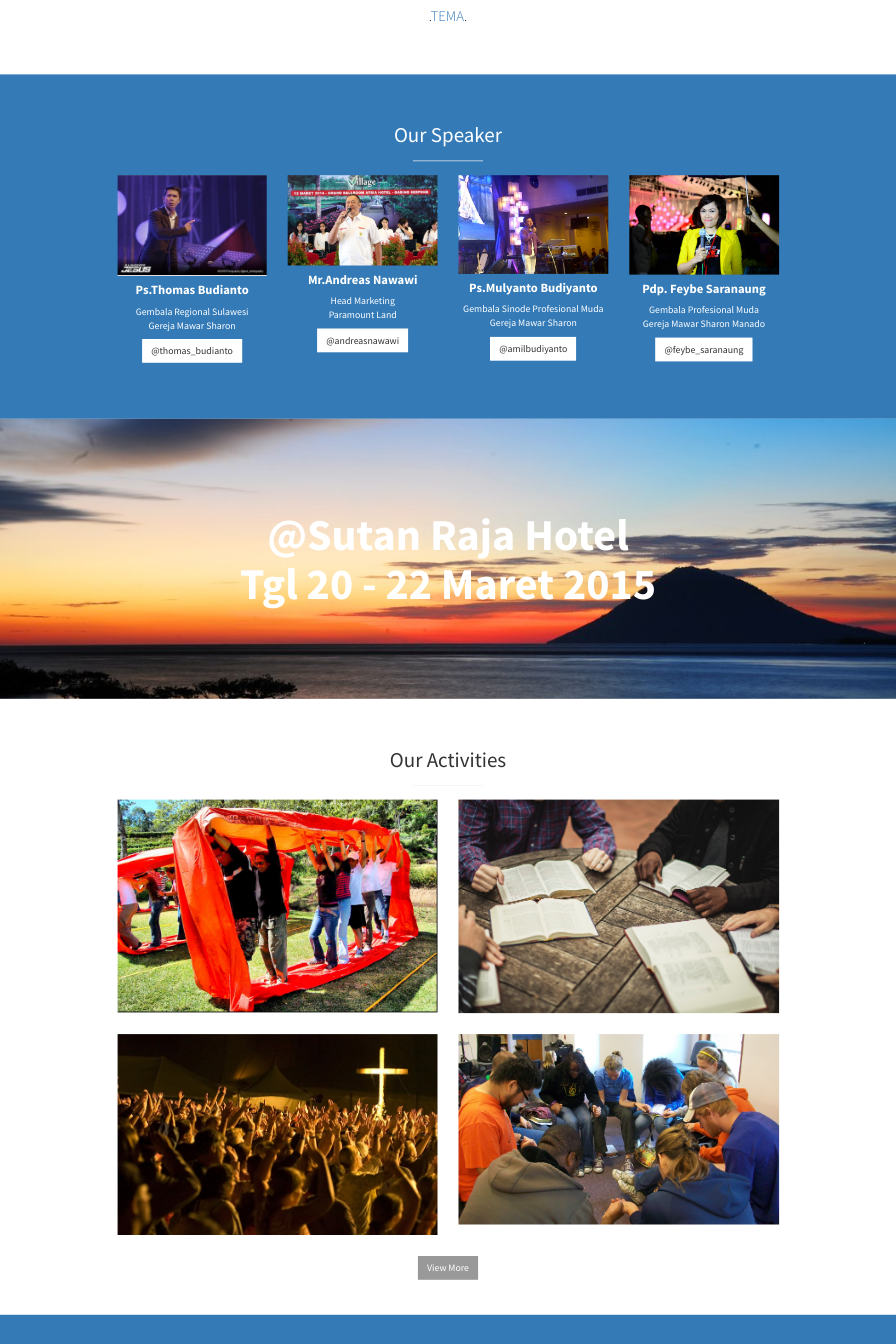
Repository: satriyoministry/revolutioncamp
Page: index.html
The author's editor kept a record of every edit. The page is drawn from the files as they stood at one moment, then again after the next edit.
The browser window is 1280 px wide. The pictures show the part of the page from y = 826 to 2746 px (the page is 3927 px tall before and 3943 px after), at 70% of full size.

Above is the page before.

### index.html
<!DOCTYPE html>
<html lang="en">

<head>

    <meta charset="utf-8">
    <meta http-equiv="X-UA-Compatible" content="IE=edge">
    <meta name="viewport" content="width=device-width, initial-scale=1">
    <meta name="description" content="">
    <meta name="author" content="">

    <title>Revolution Camp 2015</title>

    <!-- Bootstrap Core CSS -->
    <link href="css/bootstrap.min.css" rel="stylesheet">

    <!-- Custom CSS -->
    <link href="css/stylish-portfolio.css" rel="stylesheet">

    <!-- Custom Fonts -->
    <link href="font-awesome/css/font-awesome.min.css" rel="stylesheet" type="text/css">
    <link href="http://fonts.googleapis.com/css?family=Source+Sans+Pro:300,400,700,300italic,400italic,700italic" rel="stylesheet" type="text/css">

    <!-- HTML5 Shim and Respond.js IE8 support of HTML5 elements and media queries -->
    <!-- WARNING: Respond.js doesn't work if you view the page via file:// -->
    <!--[if lt IE 9]>
        <script src="https://oss.maxcdn.com/libs/html5shiv/3.7.0/html5shiv.js"></script>
        <script src="https://oss.maxcdn.com/libs/respond.js/1.4.2/respond.min.js"></script>
    <![endif]-->

</head>

<body>

    <!-- Navigation -->
    <a id="menu-toggle" href="#" class="btn btn-dark btn-lg toggle"><i class="fa fa-bars"></i></a>
    <nav id="sidebar-wrapper">
        <ul class="sidebar-nav">
            <a id="menu-close" href="#" class="btn btn-light btn-lg pull-right toggle"><i class="fa fa-times"></i></a>
            <li class="sidebar-brand">
                <a href="#top">@gms_tos</a>
            </li>
            <li>
                <a href="#top">Home</a>
            </li>
            <li>
                <a href="#about">Tema</a>
            </li>
            <li>
                <a href="#services">Speakers</a>
            </li>
            <li>
                <a href="#portfolio">Activities</a>
            </li>
            <li>
                <a href="#contact">Contact</a>
            </li>
        </ul>
    </nav>

    <!-- Header -->
    <header id="top" class="header">
        <div class="text-vertical-center">
            <h1><font color="white">Revolution Camp 2015</font></h1>
            <h3><font color="white">Young Profesional Retreat</font></h3>
            <br>
            <a href="#contact" class="btn btn-dark btn-lg">Find out to venue</a>
            <a href="#contact" class="btn btn-dark btn-lg">Find form register</a>
        </div>
    </header>

    <!-- About -->
    <section id="about" class="about">
        <div class="container">
            <div class="row">
                <div class="col-lg-12 text-center">
                    <h2>GRACE OF JESUS CHRIST</h2>
                    <p class="lead">.<a target="_blank" href="http://join.deathtothestockphoto.com/">TEMA</a>.</p>
                </div>
            </div>
            <!-- /.row -->
        </div>
        <!-- /.container -->
    </section>

    <!-- Services -->
    <!-- The circle icons use Font Awesome's stacked icon classes. For more information, visit http://fontawesome.io/examples/ -->
    <section id="services" class="services bg-primary">
        <div class="container">
            <div class="row text-center">
                <div class="col-lg-10 col-lg-offset-1">
                    <h2>Our Speaker</h2>
                    <hr class="small">
                    <div class="row">
                        <div class="col-md-3 col-sm-6">
                            <div class="service-item">
                                <img class="img-portfolio img-responsive" src="img/tb.jpg">
                                <h4>
                                    <strong>Ps.Thomas Budianto</strong>
                                </h4>
                                <p> Gembala Regional Sulawesi <br>Gereja Mawar Sharon </p>
                                <a href="#" class="btn btn-light">@thomas_budianto</a>
                            </div>
                        </div>
                        <div class="col-md-3 col-sm-6">
                            <div class="service-item">
                                <img class="img-portfolio img-responsive" src="img/an.jpg">
                                <h4>
                                    <strong>Mr.Andreas Nawawi</strong>
                                </h4>
                                <p>Head Marketing<br>Paramount Land</p>
                                <a href="#" class="btn btn-light">@andreasnawawi</a>
                            </div>
                        </div>
                        <div class="col-md-3 col-sm-6">
                            <div class="service-item">
                                <img class="img-portfolio img-responsive" src="img/as.jpg">
                                <h4>
                                    <strong>Ps.Mulyanto Budiyanto</strong>
                                </h4>
                                <p>Gembala Sinode Profesional Muda<br>Gereja Mawar Sharon</p>
                                <a href="#" class="btn btn-light">@amilbudiyanto</a>
                            </div>
                        </div>
                        <div class="col-md-3 col-sm-6">
                            <div class="service-item">
                                <img class="img-portfolio img-responsive" src="img/fs.jpg">
                                <h4>
                                    <strong>Pdp. Feybe Saranaung</strong>
                                </h4>
                                <p>Gembala Profesional Muda<br>Gereja Mawar Sharon Manado</p>
                                <a href="#" class="btn btn-light">@feybe_saranaung</a>
                            </div>
                        </div>

                    </div>
                    <!-- /.row (nested) -->
                </div>
                <!-- /.col-lg-10 -->
            </div>
            <!-- /.row -->
        </div>
        <!-- /.container -->
    </section>

    <!-- Callout -->
    <aside class="callout">
        <div class="text-vertical-center">
            <h1>@Sutan Raja Hotel<br> Tgl 20 - 22 Maret 2015</h1>
        </div>
    </aside>

     <!-- Portfolio -->
    <section id="portfolio" class="portfolio">
        <div class="container">
            <div class="row">
                <div class="col-lg-10 col-lg-offset-1 text-center">
                    <h2>Our Activities</h2>
                    <hr class="small">
                    <div class="row">
                        <div class="col-md-6">
                            <div class="portfolio-item">
                                <a href="#">
                                    <img class="img-portfolio img-responsive" src="img/1.jpg">
                                </a>
                            </div>
                        </div>
                        <div class="col-md-6">
                            <div class="portfolio-item">
                                <a href="#">
                                    <img class="img-portfolio img-responsive" src="img/3.jpg">
                                </a>
                            </div>
                        </div>
                        <div class="col-md-6">
                            <div class="portfolio-item">
                                <a href="#">
                                    <img class="img-portfolio img-responsive" src="img/2.jpg">
                                </a>
                            </div>
                        </div>
                        <div class="col-md-6">
                            <div class="portfolio-item">
                                <a href="#">
                                    <img class="img-portfolio img-responsive" src="img/4.jpg">
                                </a>
                            </div>
                        </div>
                    </div>
                    <!-- /.row (nested) -->
                    <a href="#" class="btn btn-dark">View More</a>
                </div>
                <!-- /.col-lg-10 -->
            </div>
            <!-- /.row -->
        </div>
        <!-- /.container -->
    </section>


    <!-- Call to Action -->
    <aside class="call-to-action bg-primary">
        <div class="container">
            <div class="row">
                <div class="col-lg-12 text-center">
                    <h3>UP COMING MOVEMENT 2015</h3>
                    <a href="#" class="btn btn-lg btn-light">Seminar Market Place 2015</a>
                    <a href="#" class="btn btn-lg btn-dark">Lauching Album GMS Live</a>
                    <a href="#" class="btn btn-lg btn-light">Single The Explorer 2015</a>
                    <a href="#" class="btn btn-lg btn-dark">Retreat Prom 2015</a>
                </div>
            </div>
        </div>
    </aside>

    <!-- Map -->
    <section id="contact" class="map">
        <iframe width="100%" height="100%" frameborder="0" scrolling="no" marginheight="0" marginwidth="0" src="https://www.google.com/maps/embed?pb=!1m14!1m8!1m3!1d3988.50612302976!2d124.92071499999999!3d1.4695099999999999!3m2!1i1024!2i768!4f13.1!3m3!1m2!1s0x32870bb2d8829531%3A0xdaaafba3a19c7589!2sSutan+Raja+Hotel!5e0!3m2!1sen!2sid!4v1422346673105" width="1903" height="506" frameborder="0" style="border:0"></iframe>
        <br />
        <small>
            <a href="https://www.google.com/maps/embed?pb=!1m14!1m8!1m3!1d3988.50612302976!2d124.92071499999999!3d1.4695099999999999!3m2!1i1024!2i768!4f13.1!3m3!1m2!1s0x32870bb2d8829531%3A0xdaaafba3a19c7589!2sSutan+Raja+Hotel!5e0!3m2!1sen!2sid!4v1422346673105" width="1903" height="506" frameborder="0" style="border:0"></a>
        </small>
        </iframe>
    </section>

    <!-- Footer -->
    <footer>
        <div class="container">
            <div class="row">
                <div class="col-lg-10 col-lg-offset-1 text-center">
                    <h4><strong>CONTACT US</strong>
                    </h4>
                    <p>@Kawasan Bahu Mall<br>Depan Lagoon Apartemen</p>
                    <ul class="list-unstyled">
                        <li><i class="fa fa-phone fa-fw fa-1x"></i> (0431) 456-7890</li>
                        <li> <i class="fa fa-mobile fa-fw fa-2x"></i>08123456789</li>
                        <li><i class="fa fa-envelope-o fa-fw"></i>  <a href="mailto:name@example.com">info@sulawesiforjesus.com</a>
                        </li>
                    </ul>
                    <br>
                    <ul class="list-inline">
                        <li>
                            <a href="#"><i class="fa fa-facebook fa-fw fa-3x"></i></a>
                        </li>
                        <li>
                            <a href="https://twitter.com/rev_camp"><i class="fa fa-twitter fa-fw fa-3x"></i></a>
                        </li>
                        <li>
                            <a href="#"><i class="fa fa-instagram fa-fw fa-3x"></i></a>
                        </li>
                        <li>
                            <a href="#"><i class="fa fa-youtube fa-fw fa-3x"></i></a>
                        </li>
                    </ul>
                    <hr class="small">
                    <p class="text-muted">Copyright &copy;@raisecamp2015</p>
                </div>
            </div>
        </div>
    </footer>

    <!-- jQuery -->
    <script src="js/jquery.js"></script>

    <!-- Bootstrap Core JavaScript -->
    <script src="js/bootstrap.min.js"></script>

    <!-- Custom Theme JavaScript -->
    <script>
    // Closes the sidebar menu
    $("#menu-close").click(function(e) {
        e.preventDefault();
        $("#sidebar-wrapper").toggleClass("active");
    });

    // Opens the sidebar menu
    $("#menu-toggle").click(function(e) {
        e.preventDefault();
        $("#sidebar-wrapper").toggleClass("active");
    });

    // Scrolls to the selected menu item on the page
    $(function() {
        $('a[href*=#]:not([href=#])').click(function() {
            if (location.pathname.replace(/^\//, '') == this.pathname.replace(/^\//, '') || location.hostname == this.hostname) {

                var target = $(this.hash);
                target = target.length ? target : $('[name=' + this.hash.slice(1) + ']');
                if (target.length) {
                    $('html,body').animate({
                        scrollTop: target.offset().top
                    }, 1000);
                    return false;
                }
            }
        });
    });
    </script>

</body>

</html>

### css/stylish-portfolio.css
/*!
 * Start Bootstrap - Stylish Portfolio Bootstrap Theme (http://startbootstrap.com)
 * Code licensed under the Apache License v2.0.
 * For details, see http://www.apache.org/licenses/LICENSE-2.0.
 */

/* Global Styles */

html,
body {
    width: 100%;
    height: 100%;
}

body {
    font-family: "Source Sans Pro","Helvetica Neue",Helvetica,Arial,sans-serif;
}

.text-vertical-center {
    display: table-cell;
    text-align: center;
    vertical-align: middle;
}

.text-vertical-center h1 {
    margin: 0;
    padding: 0;
    font-size: 4.5em;
    font-weight: 700;
}

/* Custom Button Styles */

.btn-dark {
    border-radius: 0;
    color: #fff;
    background-color: rgba(0,0,0,0.4);
}

.btn-dark:hover,
.btn-dark:focus,
.btn-dark:active {
    color: #fff;
    background-color: rgba(0,0,0,0.7);
}

.btn-light {
    border-radius: 0;
    color: #333;
    background-color: rgb(255,255,255);
}

.btn-light:hover,
.btn-light:focus,
.btn-light:active {
    color: #333;
    background-color: rgba(255,255,255,0.8);
}

/* Custom Horizontal Rule */

hr.small {
    max-width: 100px;
}

/* Side Menu */

#sidebar-wrapper {
    z-index: 1000;
    position: fixed;
    right: 0;
    width: 250px;
    height: 100%;
    margin-right: -250px;
    overflow-y: auto;
    background: #222;
    -webkit-transition: all 0.4s ease 0s;
    -moz-transition: all 0.4s ease 0s;
    -ms-transition: all 0.4s ease 0s;
    -o-transition: all 0.4s ease 0s;
    transition: all 0.4s ease 0s;
}

.sidebar-nav {
    position: absolute;
    top: 0;
    width: 250px;
    margin: 0;
    padding: 0;
    list-style: none;
}

.sidebar-nav li {
    text-indent: 20px;
    line-height: 40px;
}

.sidebar-nav li a {
    display: block;
    text-decoration: none;
    color: #999;
}

.sidebar-nav li a:hover {
    text-decoration: none;
    color: #fff;
    background: rgba(255,255,255,0.2);
}

.sidebar-nav li a:active,
.sidebar-nav li a:focus {
    text-decoration: none;
}

.sidebar-nav > .sidebar-brand {
    height: 55px;
    font-size: 18px;
    line-height: 55px;
}

.sidebar-nav > .sidebar-brand a {
    color: #999;
}

.sidebar-nav > .sidebar-brand a:hover {
    color: #fff;
    background: none;
}

#menu-toggle {
    z-index: 1;
    position: fixed;
    top: 0;
    right: 0;
}

#sidebar-wrapper.active {
    right: 250px;
    width: 250px;
    -webkit-transition: all 0.4s ease 0s;
    -moz-transition: all 0.4s ease 0s;
    -ms-transition: all 0.4s ease 0s;
    -o-transition: all 0.4s ease 0s;
    transition: all 0.4s ease 0s;
}

.toggle {
    margin: 5px 5px 0 0;
}

/* Header */

.header {
    display: table;
    position: relative;
    width: 100%;
    height: 100%;
    background: url(../img/bg.jpg) no-repeat center center scroll;
    -webkit-background-size: cover;
    -moz-background-size: cover;
    background-size: cover;
    -o-background-size: cover;
}

/* About */

.about {
    padding: 50px 0;
}

/* Services */

.services {
    padding: 50px 0;
}

.service-item {
    margin-bottom: 30px;
}

/* Callout */

.callout {
    display: table;
    width: 100%;
    height: 400px;
    color: #fff;
    background: url(../img/callout.jpg) no-repeat center center scroll;
    -webkit-background-size: cover;
    -moz-background-size: cover;
    background-size: cover;
    -o-background-size: cover;
}

/* Portfolio */

.portfolio {
    padding: 50px 0;
}

.portfolio-item {
    margin-bottom: 30px;
}

.img-portfolio {
    margin: 0 auto;
}

.img-portfolio:hover {
    opacity: 0.8;
}

/* Call to Action */

.call-to-action {
    padding: 50px 0;
}

.call-to-action .btn {
    margin: 10px;
}

/* Map */

.map {
    height: 500px;
}

@media(max-width:768px) {
    .map {
        height: 75%;
    }
}

/* Footer */

footer {
    padding: 100px 0;
}

Loaded but not shown: css/bootstrap.min.css (library); font-awesome/css/font-awesome.min.css (library); js/jquery.js (library); js/bootstrap.min.js (library)

After the next edit:
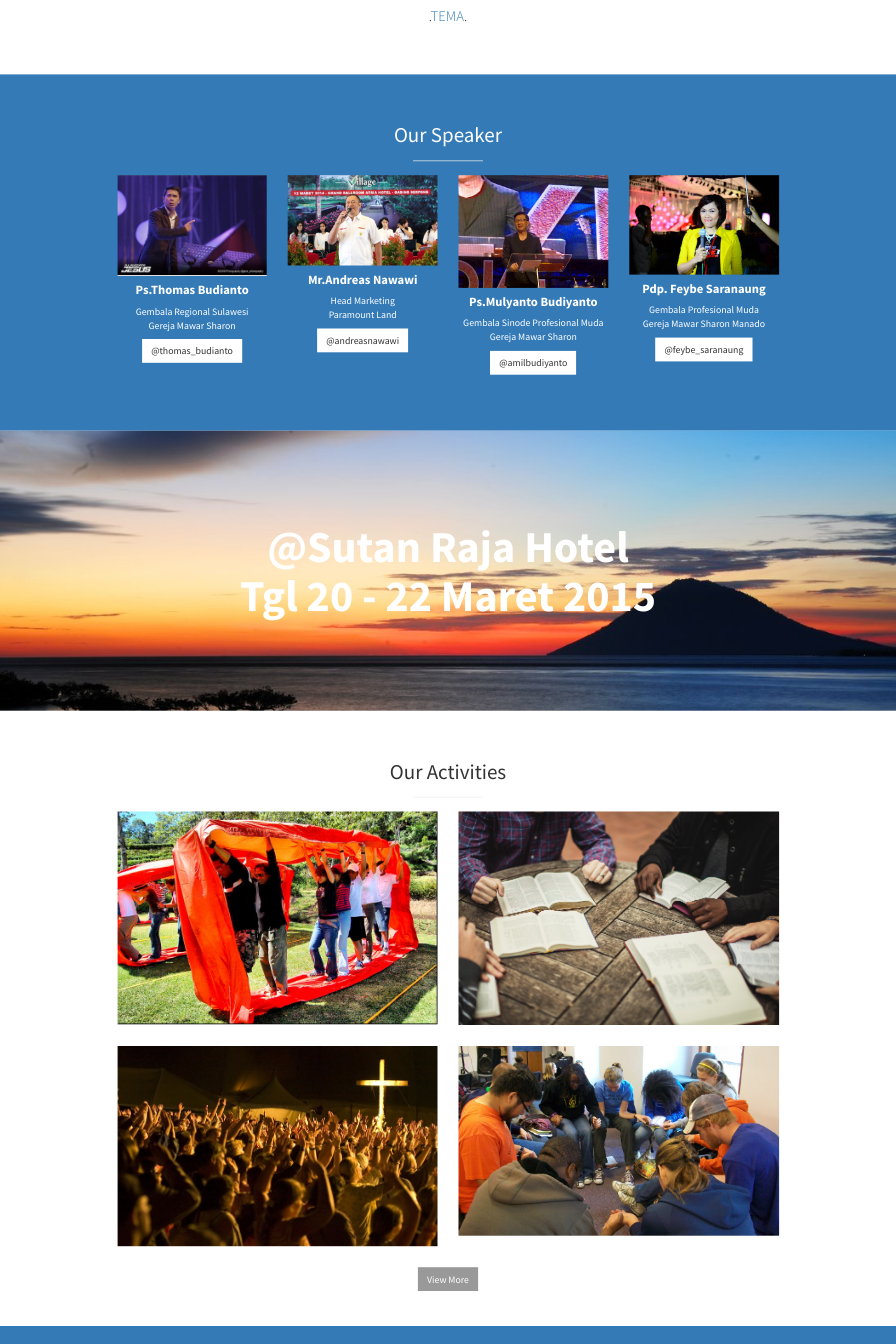
The edit:
--- a/index.html
+++ b/index.html
@@ -114,7 +114,7 @@
                         </div>
                         <div class="col-md-3 col-sm-6">
                             <div class="service-item">
-                                <img class="img-portfolio img-responsive" src="img/as.jpg">
+                                <img class="img-portfolio img-responsive" src="img/mb.jpg">
                                 <h4>
                                     <strong>Ps.Mulyanto Budiyanto</strong>
                                 </h4>
